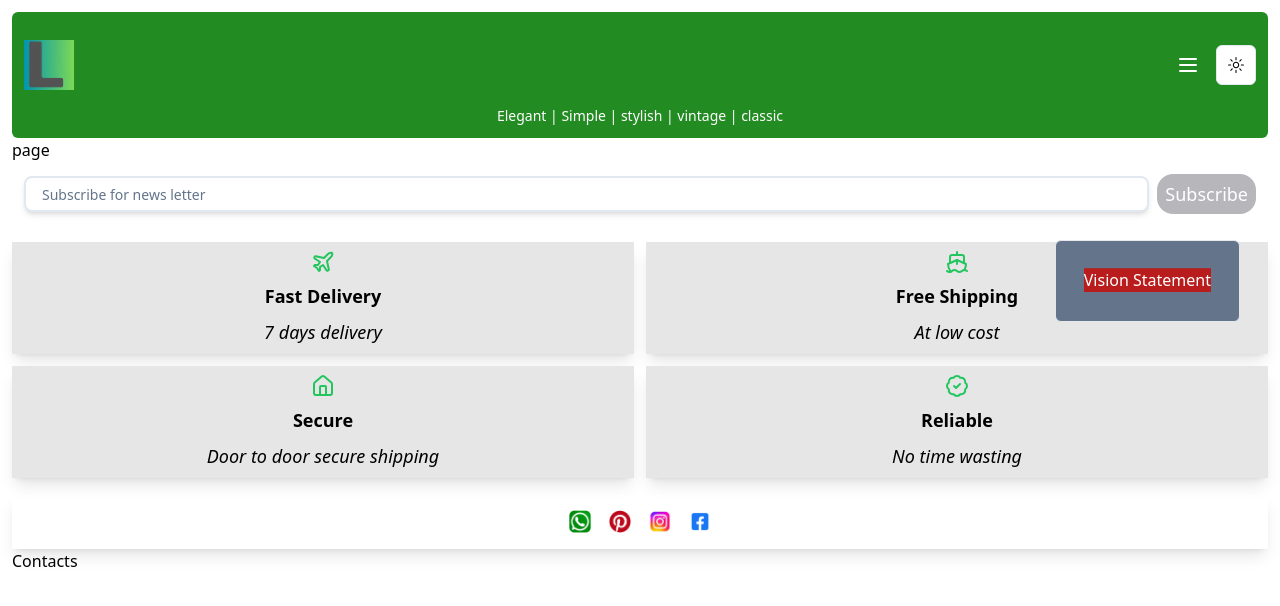
Repository: Semanmernstack/bisi-abejide
Page: /bb
An editor plug-in stored every save of this project. The page is shown before and after the next save, followed by the edit.
The browser window is 1280 px wide. The pictures show the whole page.
The project was rebuilt for these pictures with package versions that can differ from the ones it lists, and the page was loaded fresh each time. The framework's server and built-in components were replaced by stand-ins that run in the browser. Also part of the build but not shown: next.config.mjs.

Above is the page before, as saved 2024-04-24 09:50:45.

### app/layout.tsx
import type { Metadata } from "next";
import { Inter } from "next/font/google";
import "./globals.css";
import { ThemeProvider } from "@/components/theme-provider";
import Nav from "@/components/Nav";
import Footer from "@/components/Footer";

const inter = Inter({ subsets: ["latin"] });

export const metadata: Metadata = {
  title: "Welcome to Lolaflo store",
  description: "Hppy Shopping",
};

export default function RootLayout({
  children,
}: Readonly<{
  children: React.ReactNode;
}>) {
  return (
    <html lang="en">
      <body className=" flex flex-col p-3  min-h-screen   dark:bg-gray-800 dark:text-white">
      <ThemeProvider
            attribute="class"
            defaultTheme="system"
            enableSystem
            disableTransitionOnChange
          >
            <Nav/>
        {children}
        <Footer/>
      </ThemeProvider>
        </body>
    </html>
  );
}

### components/Nav.tsx
"use client"

import Image from "next/image"
import Cat from "./Cat"
import Toggle from "./Toggle"
import { motion } from "framer-motion"
import anky from '../public/anky.gif'
import Link from "next/link"

function Nav() {
    return (
      <div    className='p-3 top-0 z-50 sticky w-full bg-[#228B22] rounded-md  '>

          <div    className='flex py-4 gap-2 items-center justify-between '>
              <motion.div
                     initial={{
                        x: -500,
                         opacity: 0,
                        scale:0.5,
                    }}
                    animate={{
                        x:0,
                        opacity: 1,
                        scale: 1,
                    }}
                    transition={{
                        duration: 1,
                    }}
                    className='flex flex-col  justify-start   font-serif items-center  text-white'>
                    <Link href={'/'} className="flex flex-col ">


                      <Image className="flex justify-start" src={anky} alt="" width={50} height={40}/>

                    </Link>






              </motion.div>
              <motion.div
                  initial={{
                    x: 500,
                    opacity: 0,
                    scale:0.5,
                }}
                animate={{
                    x:0,
                    opacity: 1,
                    scale: 1,
                }}
                transition={{
                    duration: 1,
                }}
                className='flex items-center  space-x-2'>
                  <Cat/>
                  <Toggle/>
              </motion.div>
          </div>

          <div  className="flex  text-center justify-center text-white text-xs ">
                <h1 className="text-sm font-medium">Elegant | Simple | stylish | vintage | classic</h1>
            </div>

      </div>
    )
  }

  export default Nav

### components/Footer.tsx
"use client"
import React, { useState } from 'react'
import Mailing from './Mailing'
import Delivery from './Delivery'
import Ai from './Ai'
import NewsLet from './NewsLet'
import SubAi from './SubAi'
import Contacts from './Contacts'
import Icon from './Icon'

function Footer() {

  return (
    <div >
        <div>
            <NewsLet/>
            <SubAi   />
            <Delivery />
            <Icon/>
            <Contacts/>
        </div>
    </div>
  )
}

export default Footer

try {

} catch (error) {

}

### components/Cat.tsx
"use client"
import React from 'react'
import {
    DropdownMenu,
    DropdownMenuContent,
    DropdownMenuItem,
    DropdownMenuLabel,
    DropdownMenuSeparator,
    DropdownMenuTrigger,
  } from "@/components/ui/dropdown-menu"
import { MenuIcon } from 'lucide-react'
import { usePathname } from 'next/navigation'
import Link from 'next/link'
import Icon from './Icon'

interface P {
    name: string,
    href: string
}

const links: P[] = [
    {
        name: 'Home', href: "/"
    },
    {
        name: 'Ankara ', href: "/Ankara"

    },

    {
        name: 'Kaftan ', href: "/Kaftan"

    },
    {
        name: 'Turban ', href: "/Turban"

    },




]


function Cat() {
    const pathname = usePathname()
  return (

    <div>
        <DropdownMenu >
            <DropdownMenuTrigger className=" flex flex-col w-10 h-9  text-white text-xl  justify-center items-center text-center">
                <MenuIcon/>
            </DropdownMenuTrigger>
            <DropdownMenuContent className=''>
                <DropdownMenuLabel className=" flex font-bold font-serif sm:font-bold justify-center gap-1 p-1 border items-center"> CATEGORIES</DropdownMenuLabel>
                <DropdownMenuSeparator />

                <DropdownMenuItem className="flex items-center justify-center   flex-col p-3 gap-2    rounded-md">
                {links.map((l, index) => (
                <div key={index} className='flex   rounded-lg  text-zinc-500 md:w-1/2 text-center font-extrabold     p-2 transition ease-in-out delay-150 hover:-translate-y-1 hover:scale-95  duration-300 '>
                    {pathname === l.href ? (
                        <Link href={l.href} className='text-sm sm:text-lg text-red-800 font-semibold animate-pulse'>
                            {l.name}
                        </Link>

                    ):(
                        <Link href= {l.href }
                        className="flex   p-2 gap-1 italic sm:font-semibold hover:border rounded-lg border-teal-700  text-slate-800 dark:text-white text-sm sm:text-lg font-bold transition duration-100  "
                        >
                            {l.name}
                        </Link>

                    )}

                </div>
            ))}
            <Icon/>

                </DropdownMenuItem>


            </DropdownMenuContent>
        </DropdownMenu>

    </div>
  )
}

export default Cat

### components/Toggle.tsx
"use client"
import React from 'react'
import { MoonIcon, SunIcon } from "@radix-ui/react-icons"
import { useTheme } from "next-themes"
import { Button } from "@/components/ui/button"
import {
    DropdownMenu,
    DropdownMenuContent,
    DropdownMenuItem,
    DropdownMenuTrigger,
  } from "@/components/ui/dropdown-menu"

function Toggle() {
    const { setTheme } = useTheme()
  return (
    <div>
        <DropdownMenu>
      <DropdownMenuTrigger asChild>
        <Button variant="outline" size="icon">
          <SunIcon className=" h-4 w-4 rotate-0 scale-100 transition-all dark:-rotate-90 dark:scale-0" />
          <MoonIcon className="absolute h-4 w-4 rotate-90 scale-0 transition-all dark:rotate-0 dark:scale-100" />
          <span className="sr-only">Toggle theme</span>
        </Button>
      </DropdownMenuTrigger>
      <DropdownMenuContent align="end">
        <DropdownMenuItem onClick={() => setTheme("light")}>
          Light
        </DropdownMenuItem>
        <DropdownMenuItem onClick={() => setTheme("dark")}>
          Dark
        </DropdownMenuItem>
        <DropdownMenuItem onClick={() => setTheme("system")}>
          System
        </DropdownMenuItem>
      </DropdownMenuContent>
    </DropdownMenu>

    </div>
  )
}

export default Toggle

### components/Delivery.tsx

import {  BadgeCheckIcon, PlaneIcon, HomeIcon, ShipIcon } from 'lucide-react'
import React from 'react'

const details = [
    {
        name: 'Fast Delivery',
        icon: <PlaneIcon/>,
        desc: '7 days delivery',
    },
    {
        name: 'Free Shipping',
        icon: <ShipIcon/>,
        desc: 'At low cost',
    },
    {
        name: 'Secure',
        icon: <HomeIcon/>,
        desc: 'Door to door secure shipping',
    },
    {
        name: 'Reliable',
        icon: <BadgeCheckIcon/>,
        desc: 'No time wasting',
    },
]

function Delivery() {
  return (
    <div className='  dark:bg-gray-800   py-4 grid grid-cols-1 sm:grid-cols-2 gap-3'>
        {details?.map((b, i) => (
            <div className='flex flex-col border-1  text-center justify-center items-center  bg-[#e6e6e6] p-2 gap-2 shadow-lg ' key={i}>
                <h2 className='text-green-500 '>{b.icon}</h2>
                <h4 className='text-xs sm:text-sm md:text-lg dark:text-white font-bold'>{b.name}</h4>
                <h5 className='text-xs sm:text-sm  dark:text-white md:text-lg italic'>{b.desc}</h5>


            </div>

        ))}


    </div>

  )
}

export default Delivery

### components/NewsLet.tsx
import React from 'react'
import Mail from './Mail'

function NewsLet() {
  return (
    <div>
        <Mail/>
    </div>
  )
}

export default NewsLet

### components/SubAi.tsx
"use client"

import React, { useState } from 'react'
import Ai from './Ai';
import { motion } from "framer-motion"

function SubAi() {
  const [chatBoxOpen, setChatBoxOpen] = useState(false);
  return (
    <motion.div
    initial={{
      x: 500,
      opacity: 0,
      scale:0.5,
  }}
  animate={{
      x:0,
      opacity: 1,
      scale: 1,
  }}
  transition={{
      duration: 1,
  }}
       className='flex top-60 right-10 z-50 fixed rounded-md  bg-slate-500 text-white  border p-2 '  >



      <Ai />
    </motion.div>
  )
}

export default SubAi

### components/Icon.tsx
"use client"
import React from 'react'

import whatsapp from '../public/whatsapp.png'
import instagram from '../public/intagram.jpg'
import facebook from '../public/facebook.png'
import pinterest from '../public/pinterest.png'
import Image from 'next/image'
import Link from 'next/link'

function Icon() {
  return (
    <div


        className='flex p-4 gap-4 shadow-lg items-center text-center justify-center   text-sm      '>

        <Link className='contain  transition ease-in-out delay-150  hover:translate-y-1 hover:scale-95  duration-300      ' href={''}>
            <Image src={whatsapp} alt="whatsapp" width={24} height={24} />
        </Link>
        <Link className='contain  transition ease-in-out delay-150  hover:translate-y-1 hover:scale-95  duration-300    ' href={''}>
            <Image src={pinterest} alt="whatsapp" width={24} height={24} />
        </Link>
        <Link className='contain transition ease-in-out delay-150  hover:translate-y-1 hover:scale-95  duration-300   ' href={''}>

            <Image src={instagram} alt="whatsapp" width={24} height={24} />
        </Link>
        <Link className='contain transition ease-in-out delay-150  hover:translate-y-1 hover:scale-95  duration-300     ' href={''}>
            <Image src={facebook} alt="whatsapp" width={24} height={24} />
        </Link>


    </div>
  )
}

export default Icon

### components/ui/dropdown-menu.tsx
"use client"

import * as React from "react"
import * as DropdownMenuPrimitive from "@radix-ui/react-dropdown-menu"
import { Check, ChevronRight, Circle } from "lucide-react"

import { cn } from "@/lib/utils"

const DropdownMenu = DropdownMenuPrimitive.Root

const DropdownMenuTrigger = DropdownMenuPrimitive.Trigger

const DropdownMenuGroup = DropdownMenuPrimitive.Group

const DropdownMenuPortal = DropdownMenuPrimitive.Portal

const DropdownMenuSub = DropdownMenuPrimitive.Sub

const DropdownMenuRadioGroup = DropdownMenuPrimitive.RadioGroup

const DropdownMenuSubTrigger = React.forwardRef<
  React.ElementRef<typeof DropdownMenuPrimitive.SubTrigger>,
  React.ComponentPropsWithoutRef<typeof DropdownMenuPrimitive.SubTrigger> & {
    inset?: boolean
  }
>(({ className, inset, children, ...props }, ref) => (
  <DropdownMenuPrimitive.SubTrigger
    ref={ref}
    className={cn(
      "flex cursor-default select-none items-center rounded-sm px-2 py-1.5 text-sm outline-none focus:bg-slate-100 data-[state=open]:bg-slate-100 dark:focus:bg-slate-800 dark:data-[state=open]:bg-slate-800",
      inset && "pl-8",
      className
    )}
    {...props}
  >
    {children}
    <ChevronRight className="ml-auto h-4 w-4" />
  </DropdownMenuPrimitive.SubTrigger>
))
DropdownMenuSubTrigger.displayName =
  DropdownMenuPrimitive.SubTrigger.displayName

const DropdownMenuSubContent = React.forwardRef<
  React.ElementRef<typeof DropdownMenuPrimitive.SubContent>,
  React.ComponentPropsWithoutRef<typeof DropdownMenuPrimitive.SubContent>
>(({ className, ...props }, ref) => (
  <DropdownMenuPrimitive.SubContent
    ref={ref}
    className={cn(
      "z-50 min-w-[8rem] overflow-hidden rounded-md border border-slate-200 bg-white p-1 text-slate-950 shadow-lg data-[state=open]:animate-in data-[state=closed]:animate-out data-[state=closed]:fade-out-0 data-[state=open]:fade-in-0 data-[state=closed]:zoom-out-95 data-[state=open]:zoom-in-95 data-[side=bottom]:slide-in-from-top-2 data-[side=left]:slide-in-from-right-2 data-[side=right]:slide-in-from-left-2 data-[side=top]:slide-in-from-bottom-2 dark:border-slate-800 dark:bg-slate-950 dark:text-slate-50",
      className
    )}
    {...props}
  />
))
DropdownMenuSubContent.displayName =
  DropdownMenuPrimitive.SubContent.displayName

const DropdownMenuContent = React.forwardRef<
  React.ElementRef<typeof DropdownMenuPrimitive.Content>,
  React.ComponentPropsWithoutRef<typeof DropdownMenuPrimitive.Content>
>(({ className, sideOffset = 4, ...props }, ref) => (
  <DropdownMenuPrimitive.Portal>
    <DropdownMenuPrimitive.Content
      ref={ref}
      sideOffset={sideOffset}
      className={cn(
        "z-50 min-w-[8rem] overflow-hidden rounded-md border border-slate-200 bg-white p-1 text-slate-950 shadow-md data-[state=open]:animate-in data-[state=closed]:animate-out data-[state=closed]:fade-out-0 data-[state=open]:fade-in-0 data-[state=closed]:zoom-out-95 data-[state=open]:zoom-in-95 data-[side=bottom]:slide-in-from-top-2 data-[side=left]:slide-in-from-right-2 data-[side=right]:slide-in-from-left-2 data-[side=top]:slide-in-from-bottom-2 dark:border-slate-800 dark:bg-slate-950 dark:text-slate-50",
        className
      )}
      {...props}
    />
  </DropdownMenuPrimitive.Portal>
))
DropdownMenuContent.displayName = DropdownMenuPrimitive.Content.displayName

const DropdownMenuItem = React.forwardRef<
  React.ElementRef<typeof DropdownMenuPrimitive.Item>,
  React.ComponentPropsWithoutRef<typeof DropdownMenuPrimitive.Item> & {
    inset?: boolean
  }
>(({ className, inset, ...props }, ref) => (
  <DropdownMenuPrimitive.Item
    ref={ref}
    className={cn(
      "relative flex cursor-default select-none items-center rounded-sm px-2 py-1.5 text-sm outline-none transition-colors focus:bg-slate-100 focus:text-slate-900 data-[disabled]:pointer-events-none data-[disabled]:opacity-50 dark:focus:bg-slate-800 dark:focus:text-slate-50",
      inset && "pl-8",
      className
    )}
    {...props}
  />
))
DropdownMenuItem.displayName = DropdownMenuPrimitive.Item.displayName

const DropdownMenuCheckboxItem = React.forwardRef<
  React.ElementRef<typeof DropdownMenuPrimitive.CheckboxItem>,
  React.ComponentPropsWithoutRef<typeof DropdownMenuPrimitive.CheckboxItem>
>(({ className, children, checked, ...props }, ref) => (
  <DropdownMenuPrimitive.CheckboxItem
    ref={ref}
    className={cn(
      "relative flex cursor-default select-none items-center rounded-sm py-1.5 pl-8 pr-2 text-sm outline-none transition-colors focus:bg-slate-100 focus:text-slate-900 data-[disabled]:pointer-events-none data-[disabled]:opacity-50 dark:focus:bg-slate-800 dark:focus:text-slate-50",
      className
    )}
    checked={checked}
    {...props}
  >
    <span className="absolute left-2 flex h-3.5 w-3.5 items-center justify-center">
      <DropdownMenuPrimitive.ItemIndicator>
        <Check className="h-4 w-4" />
      </DropdownMenuPrimitive.ItemIndicator>
    </span>
    {children}
  </DropdownMenuPrimitive.CheckboxItem>
))
DropdownMenuCheckboxItem.displayName =
  DropdownMenuPrimitive.CheckboxItem.displayName

const DropdownMenuRadioItem = React.forwardRef<
  React.ElementRef<typeof DropdownMenuPrimitive.RadioItem>,
  React.ComponentPropsWithoutRef<typeof DropdownMenuPrimitive.RadioItem>
>(({ className, children, ...props }, ref) => (
  <DropdownMenuPrimitive.RadioItem
    ref={ref}
    className={cn(
      "relative flex cursor-default select-none items-center rounded-sm py-1.5 pl-8 pr-2 text-sm outline-none transition-colors focus:bg-slate-100 focus:text-slate-900 data-[disabled]:pointer-events-none data-[disabled]:opacity-50 dark:focus:bg-slate-800 dark:focus:text-slate-50",
      className
    )}
    {...props}
  >
    <span className="absolute left-2 flex h-3.5 w-3.5 items-center justify-center">
      <DropdownMenuPrimitive.ItemIndicator>
        <Circle className="h-2 w-2 fill-current" />
      </DropdownMenuPrimitive.ItemIndicator>
    </span>
    {children}
  </DropdownMenuPrimitive.RadioItem>
))
DropdownMenuRadioItem.displayName = DropdownMenuPrimitive.RadioItem.displayName

const DropdownMenuLabel = React.forwardRef<
  React.ElementRef<typeof DropdownMenuPrimitive.Label>,
  React.ComponentPropsWithoutRef<typeof DropdownMenuPrimitive.Label> & {
    inset?: boolean
  }
>(({ className, inset, ...props }, ref) => (
  <DropdownMenuPrimitive.Label
    ref={ref}
    className={cn(
      "px-2 py-1.5 text-sm font-semibold",
      inset && "pl-8",
      className
    )}
    {...props}
  />
))
DropdownMenuLabel.displayName = DropdownMenuPrimitive.Label.displayName

const DropdownMenuSeparator = React.forwardRef<
  React.ElementRef<typeof DropdownMenuPrimitive.Separator>,
  React.ComponentPropsWithoutRef<typeof DropdownMenuPrimitive.Separator>
>(({ className, ...props }, ref) => (
  <DropdownMenuPrimitive.Separator
    ref={ref}
    className={cn("-mx-1 my-1 h-px bg-slate-100 dark:bg-slate-800", className)}
    {...props}
  />
))
DropdownMenuSeparator.displayName = DropdownMenuPrimitive.Separator.displayName

const DropdownMenuShortcut = ({
  className,
  ...props
}: React.HTMLAttributes<HTMLSpanElement>) => {
  return (
    <span
      className={cn("ml-auto text-xs tracking-widest opacity-60", className)}
      {...props}
    />
  )
}
DropdownMenuShortcut.displayName = "DropdownMenuShortcut"

export {
  DropdownMenu,
  DropdownMenuTrigger,
  DropdownMenuContent,
  DropdownMenuItem,
  DropdownMenuCheckboxItem,
  DropdownMenuRadioItem,
  DropdownMenuLabel,
  DropdownMenuSeparator,
  DropdownMenuShortcut,
  DropdownMenuGroup,
  DropdownMenuPortal,
  DropdownMenuSub,
  DropdownMenuSubContent,
  DropdownMenuSubTrigger,
  DropdownMenuRadioGroup,
}

### components/ui/button.tsx
import * as React from "react"
import { Slot } from "@radix-ui/react-slot"
import { cva, type VariantProps } from "class-variance-authority"

import { cn } from "@/lib/utils"

const buttonVariants = cva(
  "inline-flex items-center justify-center whitespace-nowrap rounded-md text-sm font-medium ring-offset-white transition-colors focus-visible:outline-none focus-visible:ring-2 focus-visible:ring-slate-950 focus-visible:ring-offset-2 disabled:pointer-events-none disabled:opacity-50 dark:ring-offset-slate-950 dark:focus-visible:ring-slate-300",
  {
    variants: {
      variant: {
        default: "bg-slate-900 text-slate-50 hover:bg-slate-900/90 dark:bg-slate-50 dark:text-slate-900 dark:hover:bg-slate-50/90",
        destructive:
          "bg-red-500 text-slate-50 hover:bg-red-500/90 dark:bg-red-900 dark:text-slate-50 dark:hover:bg-red-900/90",
        outline:
          "border border-slate-200 bg-white hover:bg-slate-100 hover:text-slate-900 dark:border-slate-800 dark:bg-slate-950 dark:hover:bg-slate-800 dark:hover:text-slate-50",
        secondary:
          "bg-slate-100 text-slate-900 hover:bg-slate-100/80 dark:bg-slate-800 dark:text-slate-50 dark:hover:bg-slate-800/80",
        ghost: "hover:bg-slate-100 hover:text-slate-900 dark:hover:bg-slate-800 dark:hover:text-slate-50",
        link: "text-slate-900 underline-offset-4 hover:underline dark:text-slate-50",
      },
      size: {
        default: "h-10 px-4 py-2",
        sm: "h-9 rounded-md px-3",
        lg: "h-11 rounded-md px-8",
        icon: "h-10 w-10",
      },
    },
    defaultVariants: {
      variant: "default",
      size: "default",
    },
  }
)

export interface ButtonProps
  extends React.ButtonHTMLAttributes<HTMLButtonElement>,
    VariantProps<typeof buttonVariants> {
  asChild?: boolean
}

const Button = React.forwardRef<HTMLButtonElement, ButtonProps>(
  ({ className, variant, size, asChild = false, ...props }, ref) => {
    const Comp = asChild ? Slot : "button"
    return (
      <Comp
        className={cn(buttonVariants({ variant, size, className }))}
        ref={ref}
        {...props}
      />
    )
  }
)
Button.displayName = "Button"

export { Button, buttonVariants }

### components/Mail.tsx
"use client"
import React, { FormEvent, useState } from 'react'
import { Input } from './ui/input'
import { Button } from './ui/button'

function Mail() {
    const [input, setInput] = useState<string>("")
    const [mailError, setMailError] = useState<string> ("")
    const [mailOk, setMailOk] = useState<string>("")

    const handleSubmit = async (e: FormEvent<HTMLFormElement>) => {
        e.preventDefault()
        const email = input;


        const res = await fetch("/api/mailSub", {
            method: 'POST',
            headers: {
                "Content-Type": "application/json",
            },

            body: JSON.stringify({email}),

        })

        const data = await res.json()
        if (data.error) {
            setMailError('Hey you already subscribe to trizzas cake')

            return
        }
        setMailOk(data.res)
        setInput("")


    }


  return (
    <div className='flex flex-col items-center w-full  '>
        <form className="flex  flex-col p-3 w-full " onSubmit={handleSubmit}>
            <div className='gap-2 flex  flex-col md:flex-row items-center'>
                <Input type="email"
                    placeholder='Subscribe for news letter'
                    value={input}

                    onChange={(e) => setInput(e.target.value)}
                    required
                    className="outline-none flex-1 w-full text-white shadow-md  border-2 h-12 md:h-8   p-4 rounded-lg   from-fuchsia-400 "

                 />
                 <Button className="text-sm   text-center justify-center flex cursor-pointer  text-white bg-zinc-500 p-2  sm:text-lg transition ease-in-out delay-150 hover:-translate-y-1 hover:scale-95  duration-300  rounded-xl md:rounded-2xl " type='submit' disabled={!input}    >
                    Subscribe
                 </Button>
            </div>

        </form>
        {(mailOk || mailError ) && (
            <div className="mt-5 text-sm text-center justify-center font-extrabold">
             {mailOk ?(<p className="  bg-red-900 px-2 py-2 mb-2 text-white"> Subscription Sucessful !! </p>):(<p className="bg-green-500 p-1">You already Subscribed</p>)}
            </div>
        )}

    </div>
  )
}

export default Mail

### components/Ai.tsx
import {  Bot, MessageCircleIcon, SendHorizontal, XCircle } from 'lucide-react'
import React, { useState } from 'react'


import Popup from 'reactjs-popup';
import 'reactjs-popup/dist/index.css';


function Ai() {





  return (


  <div className=' flex m-5   bg-red-700 animate-bounce  ' >

  <Popup className='text-lg' trigger={<button>Vision Statement</button>} position="bottom center">
    <div className='p-5 max-w-3xl mx-auto overflow-scroll overflow-x-hidden  gap-2 flex flex-col items-center justify-center border'>
      <span className='p-3 space-y-2 w-full  '>Fashion Statement: Lolaflocouture is a fashion house that designs mainly female clothing. The designs were made for modern elegant women who want to look good in casual or classic outfits. Lolaflocouture clothing is making a statement in their band that you can look traditional and trendy, stylish, cute, and elegant.</span>

    </div>
  </Popup>

  </div>

  )
}

export default Ai

### components/ui/input.tsx
import * as React from "react"

import { cn } from "@/lib/utils"

export interface InputProps
  extends React.InputHTMLAttributes<HTMLInputElement> {}

const Input = React.forwardRef<HTMLInputElement, InputProps>(
  ({ className, type, ...props }, ref) => {
    return (
      <input
        type={type}
        className={cn(
          "flex h-10 w-full rounded-md border border-slate-200 bg-white px-3 py-2 text-sm ring-offset-white file:border-0 file:bg-transparent file:text-sm file:font-medium placeholder:text-slate-500 focus-visible:outline-none focus-visible:ring-2 focus-visible:ring-slate-950 focus-visible:ring-offset-2 disabled:cursor-not-allowed disabled:opacity-50 dark:border-slate-800 dark:bg-slate-950 dark:ring-offset-slate-950 dark:placeholder:text-slate-400 dark:focus-visible:ring-slate-300",
          className
        )}
        ref={ref}
        {...props}
      />
    )
  }
)
Input.displayName = "Input"

export { Input }

Loaded but not shown: app/bb/page.tsx (common file); app/globals.css (common file); components/theme-provider.tsx (common file); components/Contacts.tsx (common file); lib/utils.ts (common file); tailwind.config.ts (common file)

After the next save:
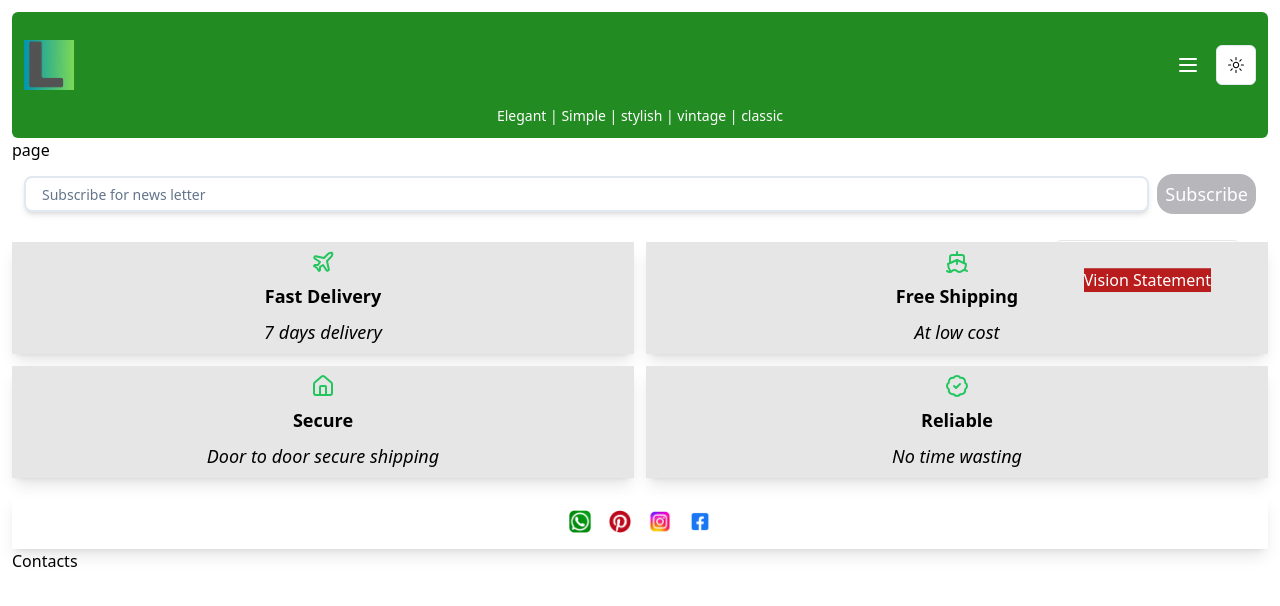
Saved 12 s later.
--- a/components/SubAi.tsx
+++ b/components/SubAi.tsx
@@ -21,7 +21,7 @@ function SubAi() {
   transition={{
       duration: 1,
   }}
-       className='flex top-60 right-10 z-50 fixed rounded-md  bg-slate-500 text-white  border p-2 '  >
+       className='flex top-60 right-10 z-50 fixed rounded-md text-white   border p-2 '  >
 
 
 
